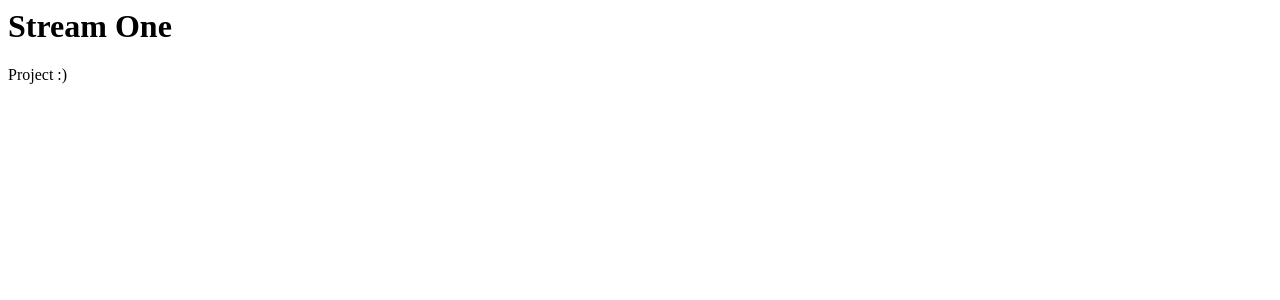
Repository: mark-joyce/my-first-website
Page: Stream-one.html
The author's editor kept a record of every edit. The page is drawn from the files as they stood at one moment, then again after the next edit.
The browser window is 1280 px wide. The pictures show the whole page.

Above is the page before.

After the next edit:
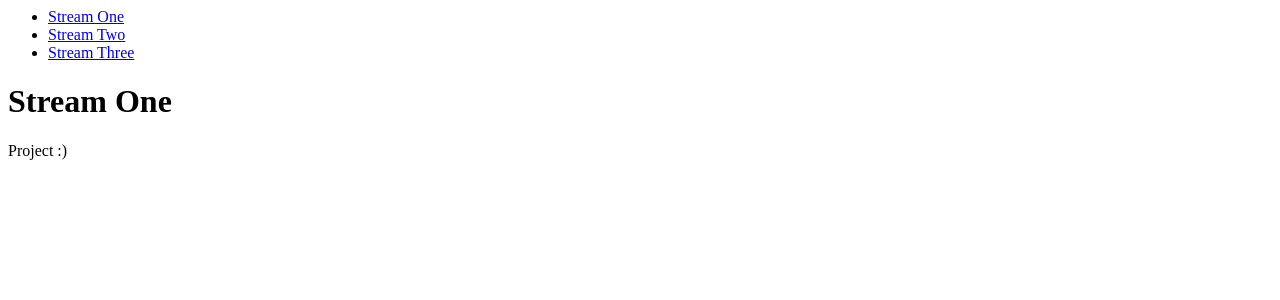
The edit:
--- a/Stream-one.html
+++ b/Stream-one.html
@@ -7,7 +7,11 @@
     <body>
 
         <nav>
-
+            <ul>
+                <li><a href="Stream-one.html">Stream One</a></li>
+                <li><a href="Stream-two.html">Stream Two</a></li>
+                <li><a href="Stream-three.html">Stream Three</a></li>
+            </ul>
         </nav>
 
         <h1>Stream One</h1>
